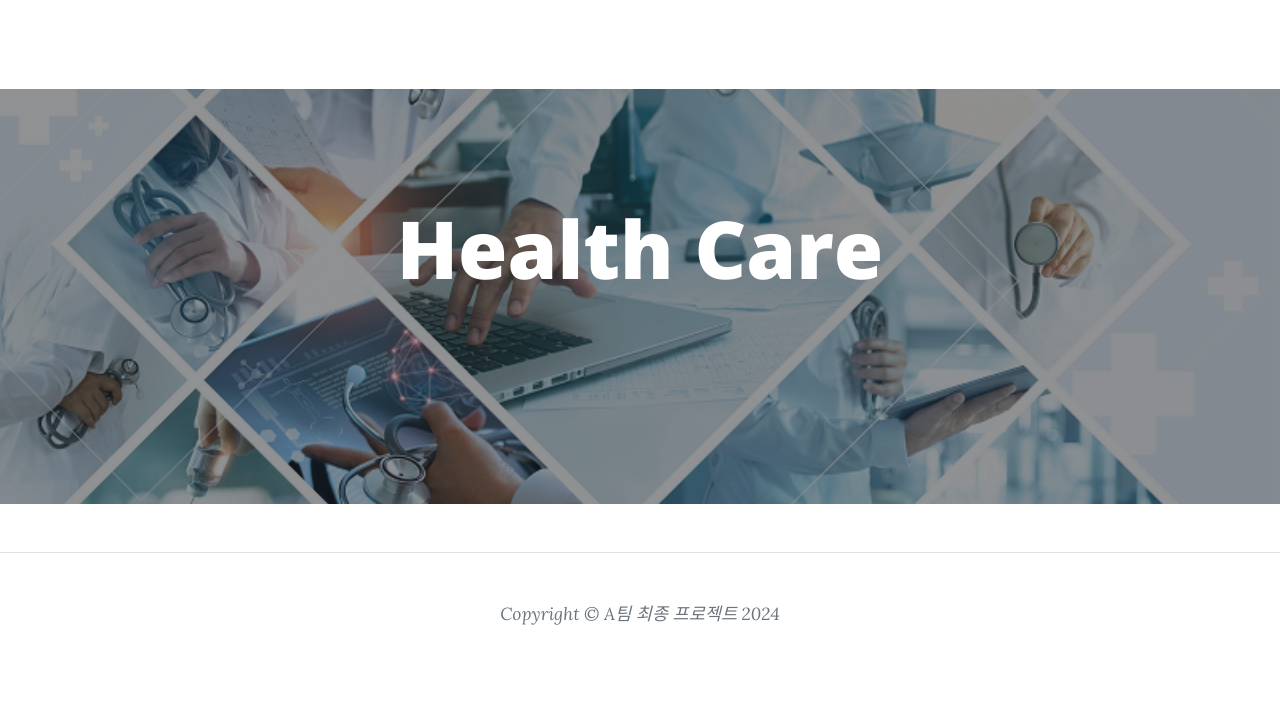
Repository: honsb91/project
Page: http://localhost/hospital/board/patient.jsp
These files come from the project's save history. The page is drawn as it stood at one moment and after the next save; the edit follows.
The browser window is 1280 px wide. The pictures show the whole page.
Some web libraries are served in a nearby version. The page is served by Tomcat 9. Nobody is signed in. The application's start-up code is not run. The template is opened directly, without the code that normally fills it, so the values that code supplies are empty.

Above is the page before, as saved 2024-02-01 05:11:54.

After the next save:
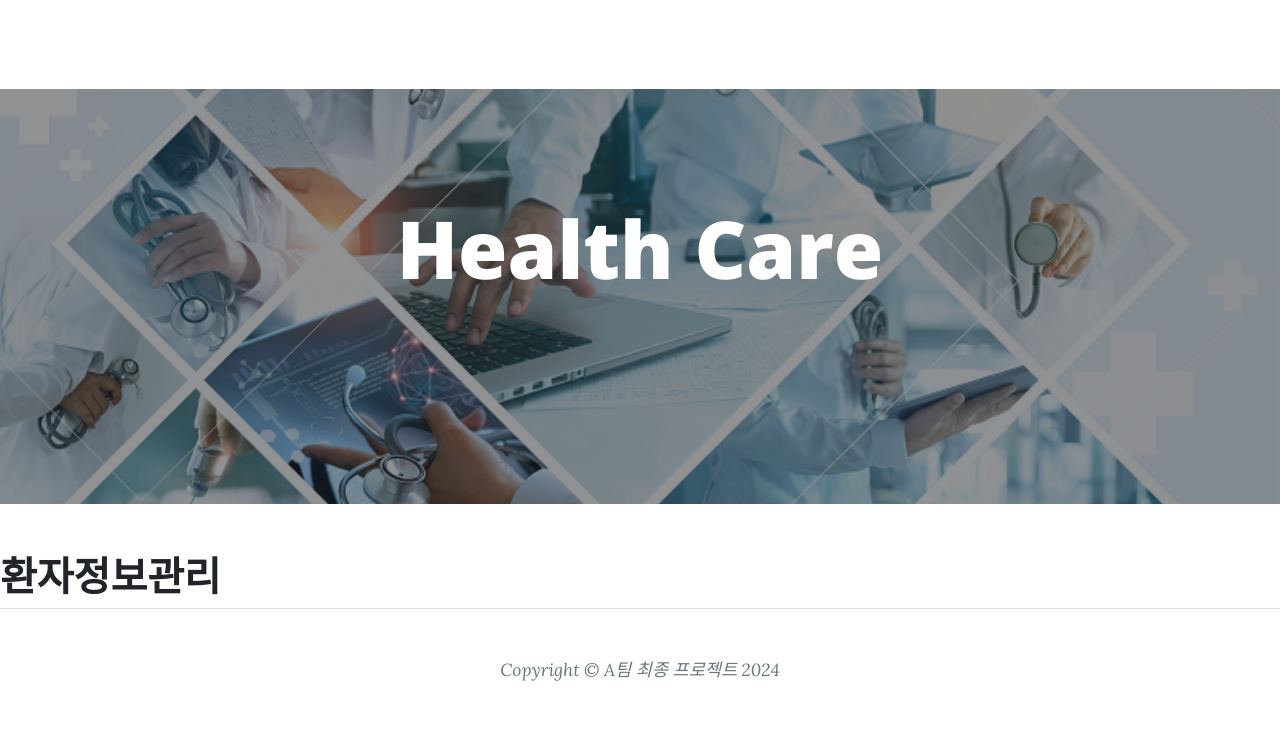
Saved 9 s later.
--- a/hospital/src/main/webapp/board/patient.jsp
+++ b/hospital/src/main/webapp/board/patient.jsp
@@ -9,6 +9,7 @@
 </head>
 <%@ include file="/include/header.jsp"%>
 <body>
+<h1>환자정보관리</h1>
 </body>
 <%@ include file="/include/footer.jsp"%>
 </html>
